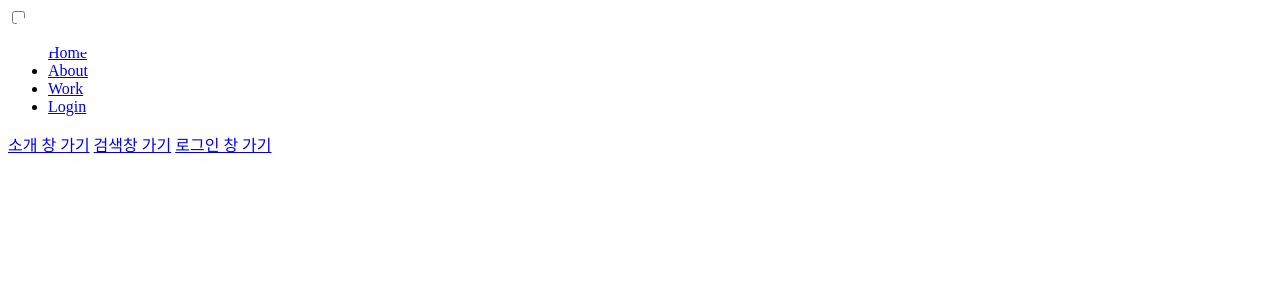
Repository: navang/JJAM_project
Page: http://localhost/jjam/start.jsp
The author's editor kept a copy of each file at every save. The page is drawn from the files as they stood at one save, then again after the next save.
The browser window is 1280 px wide. The pictures show the whole page.
The page is served by Tomcat 9. Nobody is signed in. The application's start-up code is not run.

Above is the page before, as saved 2019-07-19 06:14:34.

After the next save:
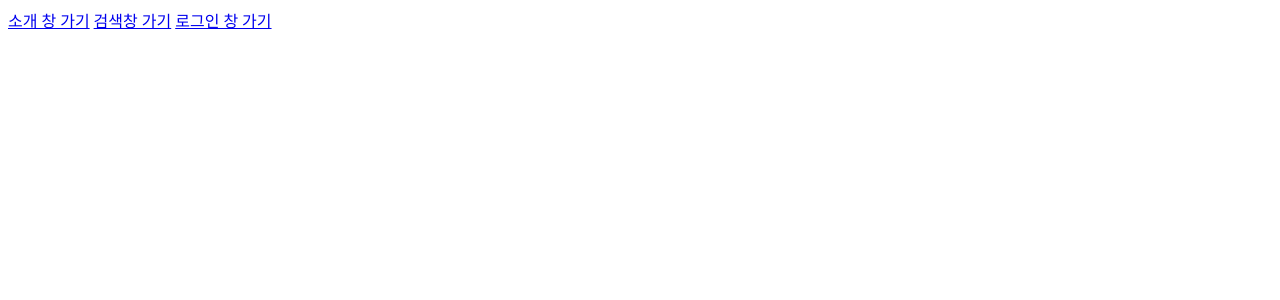
Saved 32 min 37 s later.
--- a/jjam/src/main/webapp/start.jsp
+++ b/jjam/src/main/webapp/start.jsp
@@ -9,35 +9,6 @@
 </head>
 <body>
 
-<!--  상단 햄버거  -->
-<label>
-    <img id="logo" style="width: 60px; height: 60px; position:fixed;" src="./resources/image/character.png" alt=""><img style="margin-left: 60px; position:fixed;" src="./resources/image/JJCR_white1.png">
-</label>
-
-    <label>
-        <input type="checkbox"></input>
-        <span class="menu">
-          <span class="hamburger"></span>
-        </span>
-        <ul>
-          <li>
-            <a href="#">Home</a>
-          </li>
-          <li>
-            <a href="#">About</a>
-          </li>
-          <li>
-            <a href="#">Work</a>
-          </li>
-          <li>
-            <a href="customerLogin.do">Login</a>
-          </li>
-        </ul>
-      </label>
-
-
-    <!--------------------------------------------------------------->
-
   <a href="jjam_intro.do"> 소개 창 가기</a>
   <a href="jjam_2_search.do"> 검색창 가기</a>
     <a href="customerLogin.do"> 로그인 창 가기</a>
